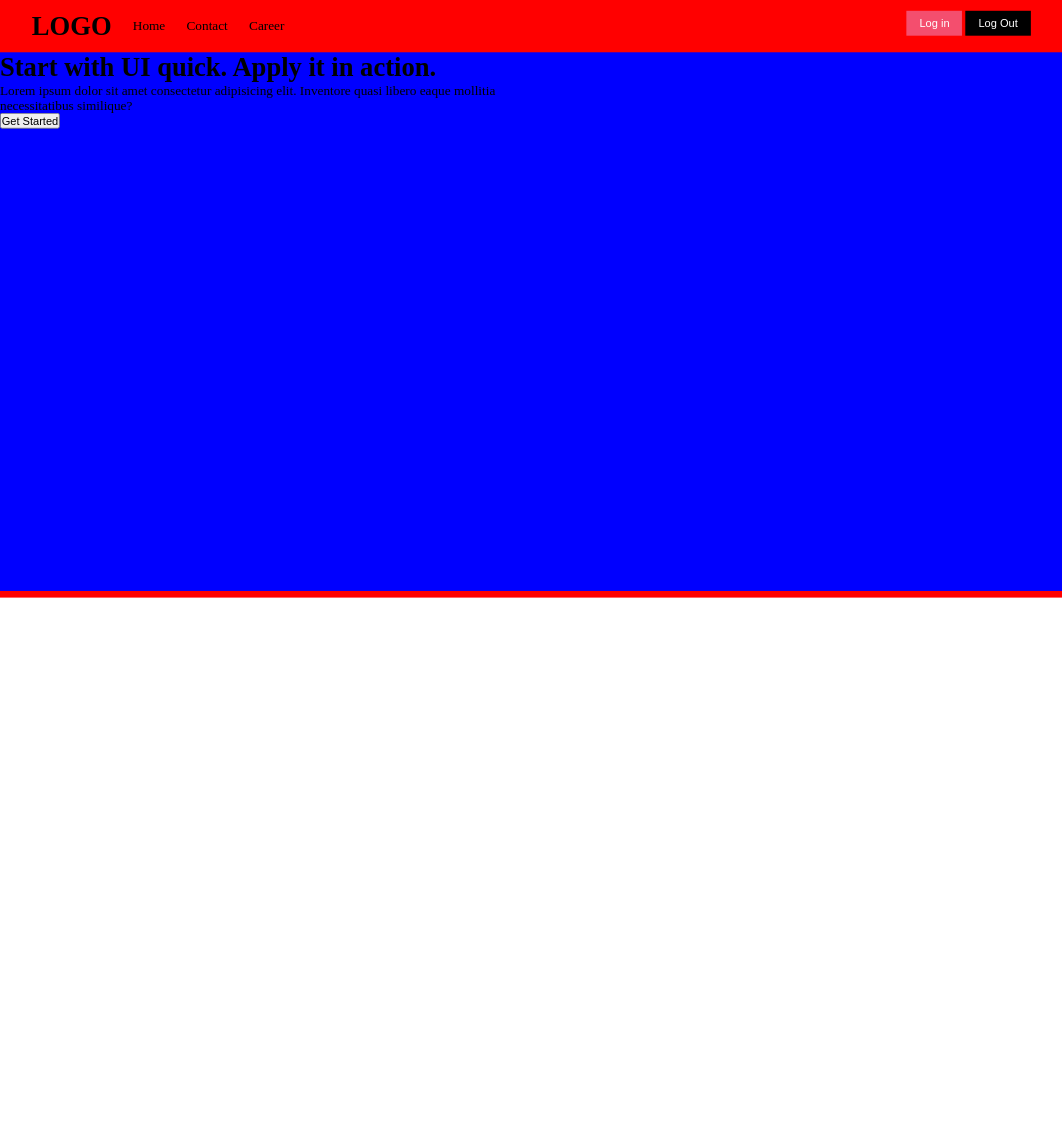
Repository: Ashishchakravartii/landingPage
Page: index.html
The author's editor kept a copy of each file at every save. The page is drawn from the files as they stood at one save, then again after a run of saves.
The browser window is 1280 px wide. The pictures show the whole page, at 83% of full size.

Above is the page before, as saved 2024-07-24 12:39:28.

After the next 2 saves:
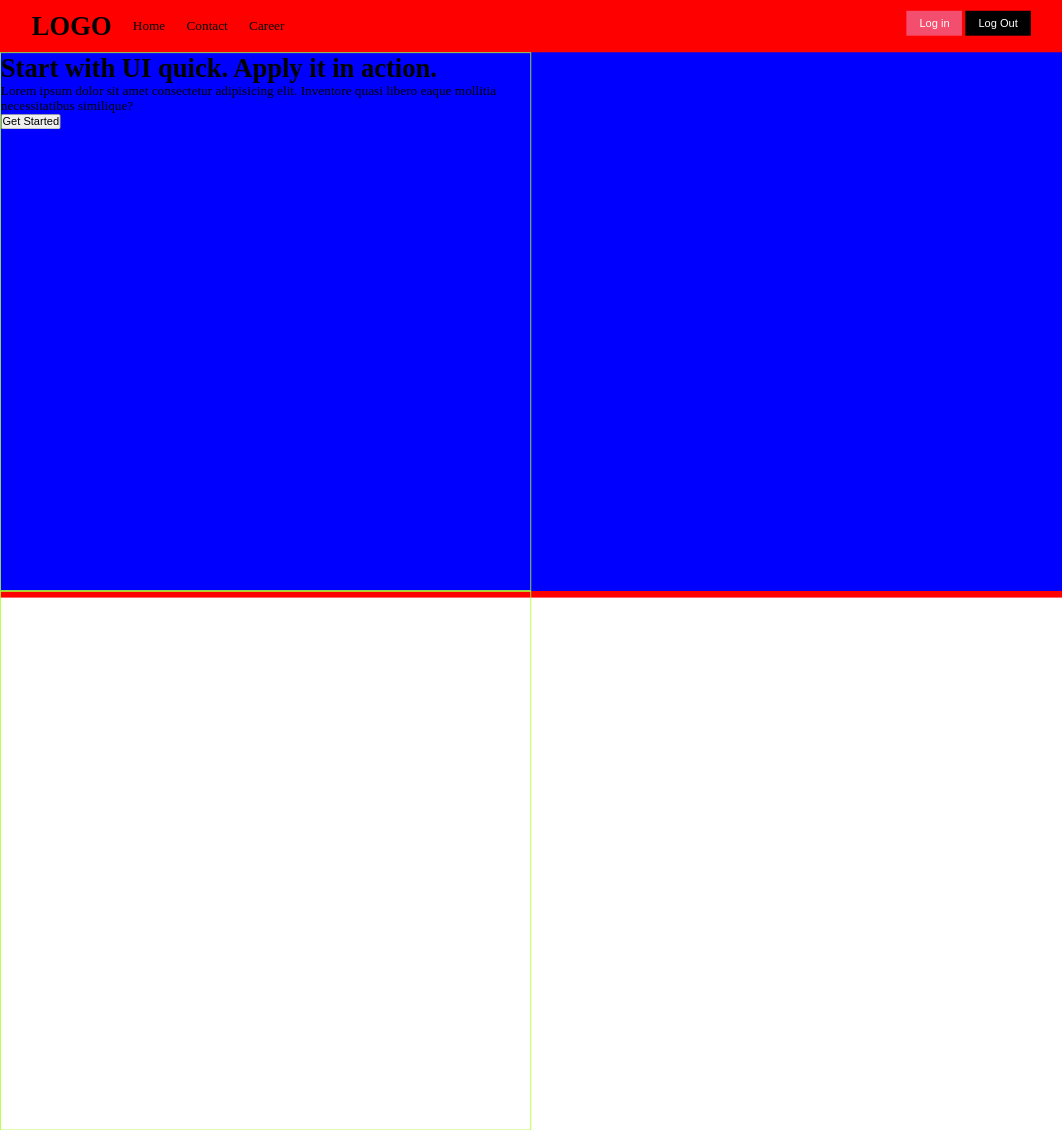
The 2 saves are shown as one change because they came seconds apart.
The last was saved 7 s later.
--- a/style.css
+++ b/style.css
@@ -51,5 +51,5 @@ body{
 .bottomSec>div{
     width: 50%;
     height: 100%;
-    bor
+    border: 1px solid greenyellow;
 }
